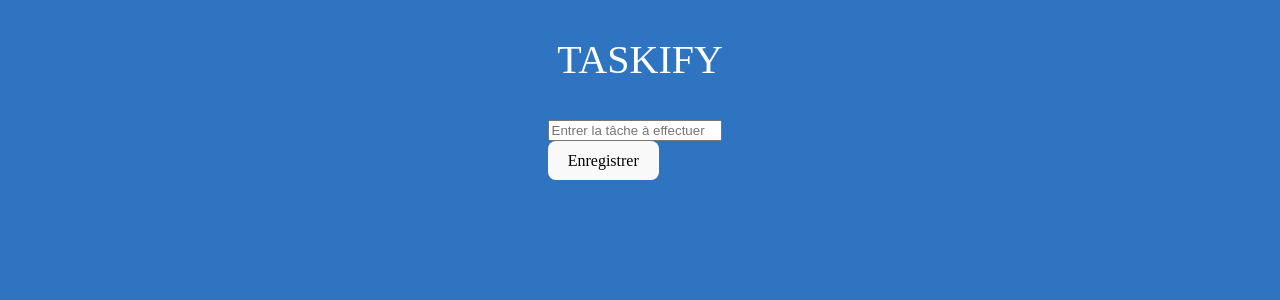
Repository: abdoulkarim20/react-ts-training
Page: /
These files come from the project's save history. The page is drawn as it stood at one moment and after the next save; the edit follows.
The browser window is 1280 px wide. The pictures show the whole page.
Some web fonts or font styles are not loaded; a fallback is used. The project was rebuilt for these pictures with package versions that can differ from the ones it lists, and the page was loaded fresh each time. Also part of the build but not shown: vite.config.ts.

Above is the page before, as saved 2024-01-23 00:02:09.

### src/App.tsx
import './App.css'
import InputField from './components/InputField'

function App() {
  return (
    <div className='App'>
      <span className='Heading'>Taskify</span>
      <InputField />
    </div>
  )
}

export default App

### src/App.css
@import url('https://fonts.googleapis.com/css2?family=Neucha&display=swap');

/* * {
  margin: 0;
  padding: 0;
  box-sizing: border-box;
  font-family: "Neucha", cursive;
} */

.App {
  width: 100vw;
  height: 100vh;
  display: flex;
  flex-direction: column;
  align-items: center;
  background-color: #2f74c0;
  font-family: "Neucha", cursive;
}

.Heading {
  text-transform: uppercase;
  font-size: 40px;
  color: white;
  margin: 30px 0;
  z-index: 1;
  text-align: center;
}

/**Media query mobile*/
@media only screen and (min-width:320px) and (max-width:767px) {}

/**Media query tablette*/
@media only screen and (min-width:768px) and (max-width:1024px) {}

/**Media query extra large*/
@media only screen and (min-width:1025px) and (max-width:1400px) {}

### src/components/InputField.tsx
import "./styles.css";
const InputField = () => {
    return (
        <form className="task-form">
            <input type="input" placeholder="Entrer la tâche à effectuer" className="input-task" />
            <button className="save-task-btn" type="submit">Enregistrer</button>
        </form>
    )
}
export default InputField

### src/components/styles.css
.input-task {
    display: flex;
    width: 90%;
    align-items: center;

}

Loaded but not shown: index.html (common file); src/main.tsx (common file); src/index.css (common file)

After the next save:
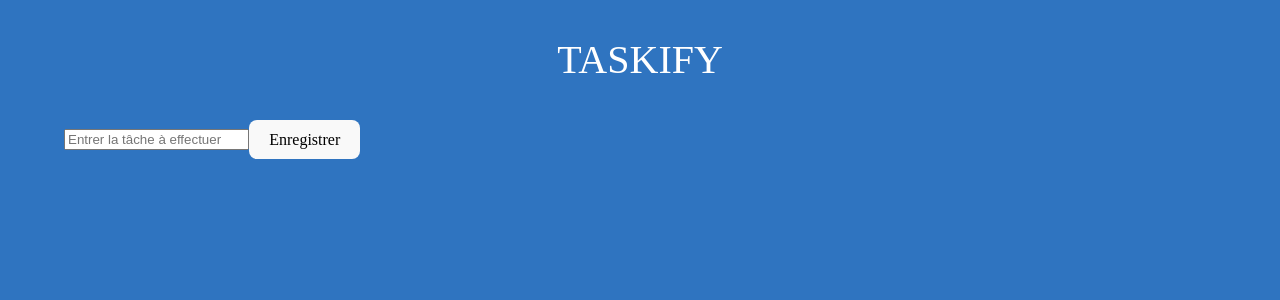
Saved 66 s later.
--- a/src/components/styles.css
+++ b/src/components/styles.css
@@ -1,4 +1,4 @@
-.input-task {
+.task-form {
     display: flex;
     width: 90%;
     align-items: center;
